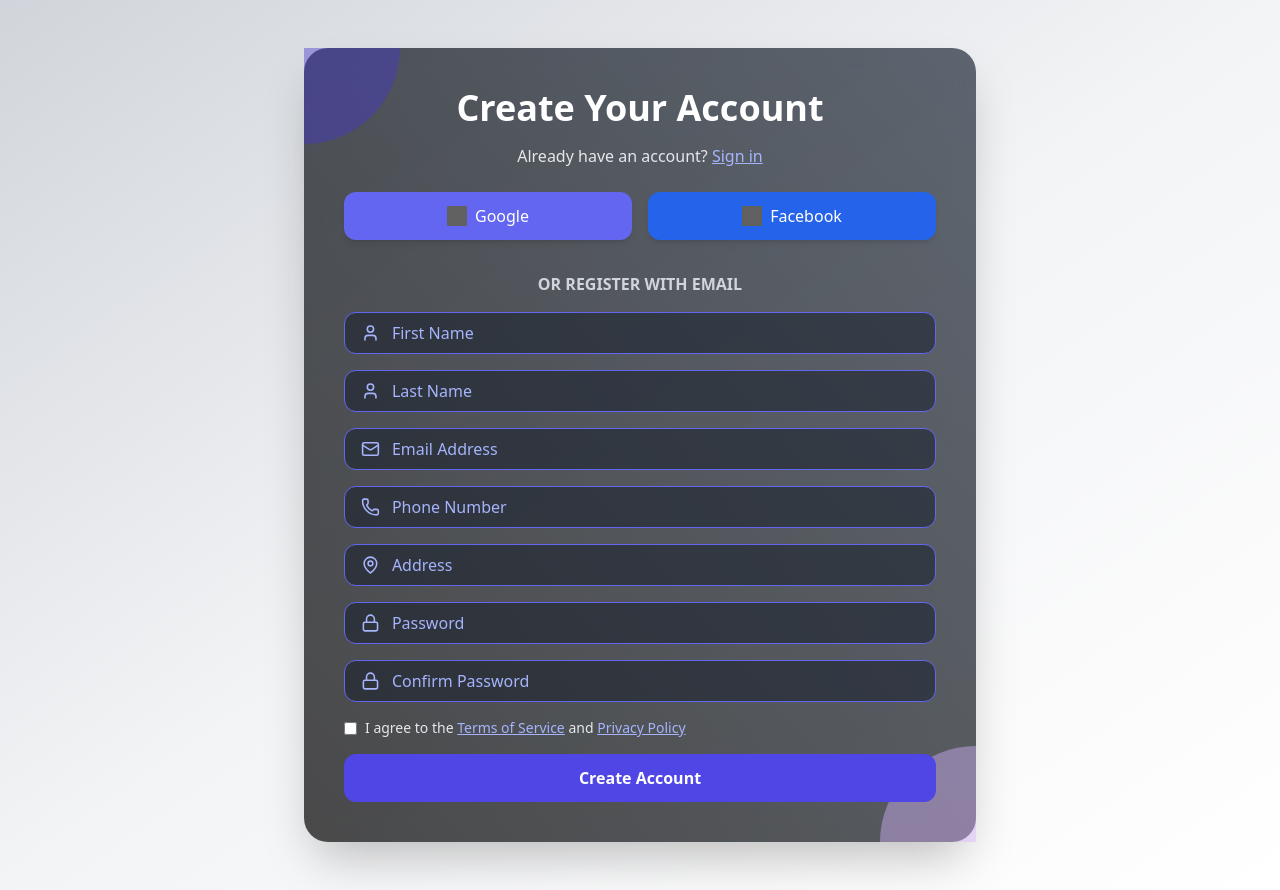
Repository: Muyassar-Mamdoh-Salem/project
Page: /regpage
An editor plug-in stored every save of this project. The page is shown before and after the next save, followed by the edit.
The browser window is 1280 px wide. The pictures show the whole page.
Pictures or frames that could not be fetched are drawn as grey boxes. The project was rebuilt for these pictures with package versions that can differ from the ones it lists, and the page was loaded fresh each time. Also part of the build but not shown: vite.config.js, src/components/Header.jsx, src/pages/Sign.jsx, src/pages/Products.jsx, src/pages/Banner.jsx, src/components/Home.jsx, src/pages/Cart.jsx, src/components/Shop.jsx and 3 more.

Above is the page before, as saved 2025-05-21 00:33:18.

### src/main.jsx
import { StrictMode } from 'react';
import { createRoot } from 'react-dom/client';
import { Provider } from 'react-redux';
import './index.css';
import App from './App.jsx';
import { store } from './Redux/store.js';
import firebase from './FirebaseConfig.js'; // <-- تهيئة Firebase

createRoot(document.getElementById('root')).render(
  <StrictMode>
    <Provider store={store}>
      <App />
    </Provider>
  </StrictMode>,
);

### src/App.jsx
import React from "react";
import {
  createBrowserRouter,
  createRoutesFromElements,
  Outlet,
  Route,
  RouterProvider,
} from "react-router-dom";

import Header from "./components/Header";
import Footer from "./components/Footer";
import Sign from "./pages/Sign";
import Home from "./components/Home";
import Cart from "./pages/Cart";
import Shop from "./components/Shop";
import Categories from "./components/Categories";
import Regpage from "./pages/Regpage";
import ProductDetails from "./components/ProductDetails";
import { ProductsData } from "./api/Api";
import FavoriteBorder from "./pages/Favorites";

const Layout = () => {




  return (
    <>
      <Header />
      <Outlet /> {/* سيتم استبداله بالمحتوى حسب المسار */}
      <Footer />
    </>
  );
};

const App = () => {
  const router = createBrowserRouter(
    createRoutesFromElements(
      <>
        <Route path="/" element={<Layout />}>
          <Route index element={<Home />} loader={ProductsData} />
          <Route path="cart" element={<Cart />} />
        </Route>
        <Route path="sign" element={<Sign />} />
        <Route path="shop" element={<Shop />} />
        <Route path="footer" element={<Footer />} />
        <Route path="product/:id" element={<ProductDetails />} />
        <Route path="categories" element={<Categories />} />
                  <Route path="regpage" element={<Regpage />} />
                  <Route path="/favorite" element={< FavoriteBorder/>} />

      </>
    ),
    {
      future: {
        v7_startTransition: true,
        v7_relativeSplatPath: true,
      },
    }
  );

  return <RouterProvider router={router} />;
};

export default App;

### src/Redux/store.js
import { configureStore } from "@reduxjs/toolkit";
import appReducer from "./appSlice";

export const store = configureStore({
  reducer: {
    app: appReducer,
  },
});

### src/FirebaseConfig.js
// Import the functions you need from the SDKs you need
import { initializeApp } from "firebase/app";
// import { getAnalytics } from "firebase/analytics";
// TODO: Add SDKs for Firebase products that you want to use
// https://firebase.google.com/docs/web/setup#available-libraries

// Your web app's Firebase configuration
// For Firebase JS SDK v7.20.0 and later, measurementId is optional
const firebaseConfig = {
  apiKey: "AIzaSyAalUgJ3Ll3tkHQAQvJdORNeafACY-ek9w",
  authDomain: "ecommerce-app-6b6cb.firebaseapp.com",
  projectId: "ecommerce-app-6b6cb",
  storageBucket: "ecommerce-app-6b6cb.firebasestorage.app",
  messagingSenderId: "415824190073",
  appId: "1:415824190073:web:a47d569907d09dda5392a8",
  measurementId: "G-PF1PYRJ45L"
};

// Initialize Firebase
const app = initializeApp(firebaseConfig);
export default app;

### src/components/Footer.jsx
import React from 'react'
import {
  AiFillTruck,
  AiFillCreditCard,
  AiFillSafetyCertificate,
  AiOutlineQuestionCircle,
} from 'react-icons/ai'

const features = [
  {
    icon: <AiFillTruck className='text-3xl text-blue-600' />,
    title: 'Free Shipping',
    desc: 'On orders over $50',
  },
  {
    icon: <AiFillCreditCard className='text-3xl text-blue-600' />,
    title: 'Secure Payment',
    desc: '100% secure checkout',
  },
  {
    icon: <AiFillSafetyCertificate className='text-2xl text-blue-600' />,
    title: 'Quality Guarantee',
    desc: 'Product quality assured',
  },
  {
    icon: <AiOutlineQuestionCircle className='text-2xl text-blue-600' />,
    title: '24/7 Support',
    desc: 'Dedicated support',
  },
]

const Footer = () => {
  return (
    <div className='bg-slate-900 ' id="footer" >
      <footer className='text-white grid gap-8 grid-cols-1 px-4 sm:px-0  sm:grid-cols-2 lg:grid-cols-4 container mx-auto py-10'>
        {features.map((item, index) => (
          <div key={index}>
            <div className='flex items-start gap-4'>
              {item.icon}
              <div>
                <h3 className='text-lg font-semibold'>{item.title}</h3>
                <p className='opacity-70 text-sm'>{item.desc}</p>
              </div>
            </div>

            {/* المحتوى الإضافي لكل عمود حسب ما هو موجود في النسخة الأصلية */}
            {index === 0 && (
              <div className='mt-16'>
                <h3 dir='ltr'>ShopEase</h3>
                <p>
                  Your premier destination for quality products <br /> and
                  exceptional customer service since 2023.
                </p>
              </div>
            )}

            {index === 1 && (
              <div className='mt-16'>
                <h3>Quick Links</h3>
                <ul>
                  <li>Home</li>
                  <li>Shop</li>
                  <li>Blog</li>
                  <li>About</li>
                  <li>Contact</li>
                </ul>
              </div>
            )}

            {index === 2 && (
              <div className='mt-16'>
                <h3>Customer Service</h3>
                <ul>
                  <li>My Account</li>
                  <li>Order Tracking</li>
                  <li>Wishlist</li>
                  <li>Shipping Policy</li>
                  <li>Returns & Refunds</li>
                </ul>
              </div>
            )}

            {index === 3 && (
              <div className='mt-16'>
                <h3>Newsletter</h3>
                <p>
                  Subscribe to get updates on new arrivals, special offers and
                  other discount information.
                </p>
                <div className='flex items-center mt-5'>
                  <input
                    type='email'
                    placeholder='Enter your email'
                    className='p-2'
                  />
                  <button className='bg-blue-800 text-white p-2'>
                    Subscribe
                  </button>
                </div>
              </div>
            )}
          </div>
        ))}
      </footer>
    </div>
  )
}

export default Footer

### src/pages/Regpage.jsx
import {
  User,
  Mail,
  Phone,
  MapPin,
  Lock,
} from "lucide-react";
import { Link, useNavigate } from "react-router-dom";
import { useState } from "react";
import { getAuth, createUserWithEmailAndPassword, updateProfile } from "firebase/auth";
import { useDispatch } from "react-redux";
import { setUser } from "../Redux/appSlice"; // ← غيّر المسار حسب مشروعك

const Regpage = () => {
  const [lastName, setLastName] = useState("");
  const [firstName, setFirstName] = useState("");
  const [email, setEmail] = useState("");
  const [phone, setPhone] = useState("");
  const [address, setAddress] = useState("");
  const [password, setPassword] = useState("");
  const [confirmPassword, setConfirmPassword] = useState("");

  const navigate = useNavigate();
  const dispatch = useDispatch(); // ← هنا

  const handleSubmit = (e) => {
    e.preventDefault();

    if (password !== confirmPassword) {
      alert("Passwords do not match!");
      return;
    }

    const auth = getAuth();
    createUserWithEmailAndPassword(auth, email, password)
      .then((userCredential) => {
        // Update the displayName
        updateProfile(auth.currentUser, {
          displayName: firstName + " " + lastName,
        }).then(() => {
          // ✅ Store user info in Redux
          dispatch(setUser({
            userName: auth.currentUser.displayName,
            email: auth.currentUser.email,
            phone,
            address
          }));

          console.log("User created:", userCredential.user);

          // Navigate after a short delay
          setTimeout(() => {
            navigate("/");
          }, 1000);
        });
      })
      .catch((error) => {
        console.log("Error:", error.code, error.message);
      });
  };


  return (
    <div className="min-h-screen flex items-center justify-center bg-gradient-to-br from-gray-300 via-gray-100 to-white px-4 sm:px-6 lg:px-8 py-12">
      <div className="relative w-full max-w-lg sm:max-w-xl md:max-w-2xl bg-gradient-to-tr from-black/70 to-gray-800/70 backdrop-blur-md rounded-3xl shadow-2xl p-8 sm:p-10">
        <div className="absolute top-0 left-0 w-24 h-24 bg-indigo-700 rounded-br-full opacity-40 animate-pulse -z-10"></div>
        <div className="absolute bottom-0 right-0 w-24 h-24 bg-purple-300 rounded-tl-full opacity-40 animate-pulse -z-10"></div>

        <h2 className="text-3xl sm:text-4xl font-extrabold text-white mb-4 text-center">
          Create Your Account
        </h2>

        <p className="text-center text-gray-200 mb-6">
          Already have an account?{" "}
          <Link to="/sign" className="text-indigo-300 underline">
            Sign in
          </Link>
        </p>

        {/* Social Buttons */}
        <div className="flex flex-col sm:flex-row gap-4 mb-8">
          <button className="flex items-center justify-center gap-2 w-full py-3 bg-indigo-500 text-white rounded-xl shadow-md hover:bg-indigo-400 transition">
            <img
              src="https://www.svgrepo.com/show/355037/google.svg"
              alt="Google"
              className="w-5 h-5 filter invert"
            />
            Google
          </button>
          <button className="flex items-center justify-center gap-2 w-full py-3 bg-blue-600 text-white rounded-xl shadow-md hover:bg-blue-500 transition">
            <img
              src="https://www.svgrepo.com/show/475647/facebook-color.svg"
              alt="Facebook"
              className="w-5 h-5 filter invert"
            />
            Facebook
          </button>
        </div>

        <div className="text-center text-gray-300 mb-4 font-semibold">
          OR REGISTER WITH EMAIL
        </div>

        {/* Form */}
        <form className="space-y-4" onSubmit={handleSubmit}>
          {/* Fields */}
          {[
            { icon: User, placeholder: "First Name", value: firstName, onChange: setFirstName, type: "text" },
            { icon: User, placeholder: "Last Name", value: lastName, onChange: setLastName, type: "text" },
            { icon: Mail, placeholder: "Email Address", value: email, onChange: setEmail, type: "email" },
            { icon: Phone, placeholder: "Phone Number", value: phone, onChange: setPhone, type: "tel" },
            { icon: MapPin, placeholder: "Address", value: address, onChange: setAddress, type: "text" },
            { icon: Lock, placeholder: "Password", value: password, onChange: setPassword, type: "password" },
            { icon: Lock, placeholder: "Confirm Password", value: confirmPassword, onChange: setConfirmPassword, type: "password" },
          ].map(({ icon: Icon, placeholder, value, onChange, type }, i) => (
            <div key={i} className="flex items-center gap-3 bg-gray-900 bg-opacity-50 border border-indigo-500 rounded-xl px-4 py-2">
              <Icon className="w-5 h-5 text-indigo-300" />
              <input
                type={type}
                placeholder={placeholder}
                value={value}
                onChange={(e) => onChange(e.target.value)}
                className="w-full bg-transparent text-white placeholder-indigo-300 outline-none"
                required
              />
            </div>
          ))}

          <div className="flex items-start gap-2 text-sm text-gray-200">
            <input type="checkbox" required className="mt-1 accent-indigo-500" />
            <label>
              I agree to the{" "}
              <Link to="/terms" className="text-indigo-300 underline">
                Terms of Service
              </Link>{" "}
              and{" "}
              <Link to="/privacy" className="text-indigo-300 underline">
                Privacy Policy
              </Link>
            </label>
          </div>

          <button
            type="submit"
            className="w-full mt-4 bg-indigo-600 text-white font-bold py-3 rounded-xl hover:bg-indigo-500 transition"
          >
            Create Account
          </button>
        </form>
      </div>
    </div>
  );
};

export default Regpage;

### src/api/Api.js
//
export const ProductsData = async () => {
    const response = await fetch("https://fakestoreapi.com/products");
    if (!response.ok) throw new Error("فشل الجلب");
    return await response.json();
  };

### src/Redux/appSlice.js
import { createSlice } from "@reduxjs/toolkit";

const initialState = {
  products: [],   // عربة التسوق (Cart)
  UserInfo: null, // معلومات المستخدم
  favorites: [],  // قائمة المفضلة
};

const appSlice = createSlice({
  name: "Ecommerce",
  initialState,
  reducers: {
    // إضافة منتج للعربة أو زيادة الكمية
    addToCart: (state, action) => {
      const item = state.products.find((item) => item?.id === action.payload?.id);
      if (item) {
        if (action.payload?.quantity > 0) {
          item.quantity += action.payload.quantity;
        }
      } else {
        if (action.payload?.id && action.payload?.quantity > 0) {
          state.products.push(action.payload);
        }
      }
    },

    // زيادة كمية المنتج في العربة
    increment: (state, action) => {
      const item = state.products.find((item) => item.id === action.payload.id);
      if (item) {
        item.quantity++;
      }
    },

    // تقليل كمية المنتج في العربة (لا تقل عن 1)
    decrement: (state, action) => {
      const item = state.products.find((item) => item.id === action.payload.id);
      if (item && item.quantity > 1) {
        item.quantity--;
      }
    },

    // حذف جميع المنتجات من العربة
    RemoveAllCart: (state) => {
      state.products = [];
    },

    // تعيين بيانات المستخدم وتخزينها في localStorage
    setUser: (state, action) => {
      state.UserInfo = action.payload;
      localStorage.setItem("UserInfo", JSON.stringify(action.payload));
    },

    // تسجيل خروج المستخدم وحذف بياناته من localStorage
    Logoutuser: (state) => {
      state.UserInfo = null;
      localStorage.removeItem("UserInfo");
    },

    // إضافة منتج لقائمة المفضلة (إذا لم يكن موجوداً مسبقاً)
    addToFavorites: (state, action) => {
      const exists = state.favorites.find(item => item.id === action.payload.id);
      if (!exists) {
        state.favorites.push(action.payload);
      }
    },

    // إزالة منتج من قائمة المفضلة
    removeFromFavorites: (state, action) => {
      state.favorites = state.favorites.filter(item => item.id !== action.payload.id);
    },
  },
});

// تصدير الأكشنز لاستخدامها في الكومبوننتات
export const {
  addToCart,
  increment,
  decrement,
  RemoveAllCart,
  setUser,
  Logoutuser,
  addToFavorites,
  removeFromFavorites,
} = appSlice.actions;

// تصدير الريديور لدمجه في الـ store
export default appSlice.reducer;

Loaded but not shown: index.html (common file); src/index.css (common file); tailwind.config.js (common file)

After the next save:
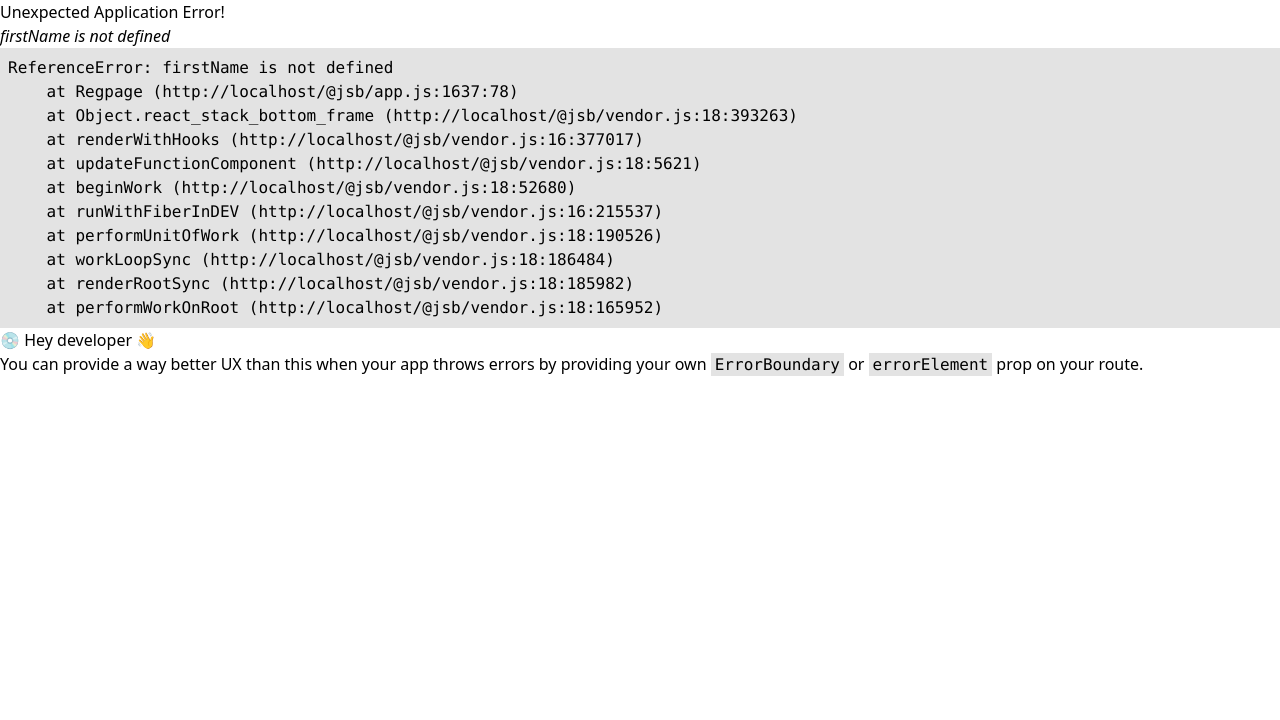
Saved 14 s later.
--- a/src/pages/Regpage.jsx
+++ b/src/pages/Regpage.jsx
@@ -12,13 +12,13 @@ import { useDispatch } from "react-redux";
 import { setUser } from "../Redux/appSlice"; // ← غيّر المسار حسب مشروعك
 
 const Regpage = () => {
-  const [lastName, setLastName] = useState("");
-  const [firstName, setFirstName] = useState("");
-  const [email, setEmail] = useState("");
-  const [phone, setPhone] = useState("");
-  const [address, setAddress] = useState("");
-  const [password, setPassword] = useState("");
-  const [confirmPassword, setConfirmPassword] = useState("");
+  // const [lastName, setLastName] = useState("");
+  // const [firstName, setFirstName] = useState("");
+  // const [email, setEmail] = useState("");
+  // const [phone, setPhone] = useState("");
+  // const [address, setAddress] = useState("");
+  // const [password, setPassword] = useState("");
+  // const [confirmPassword, setConfirmPassword] = useState("");
 
   const navigate = useNavigate();
   const dispatch = useDispatch(); // ← هنا
